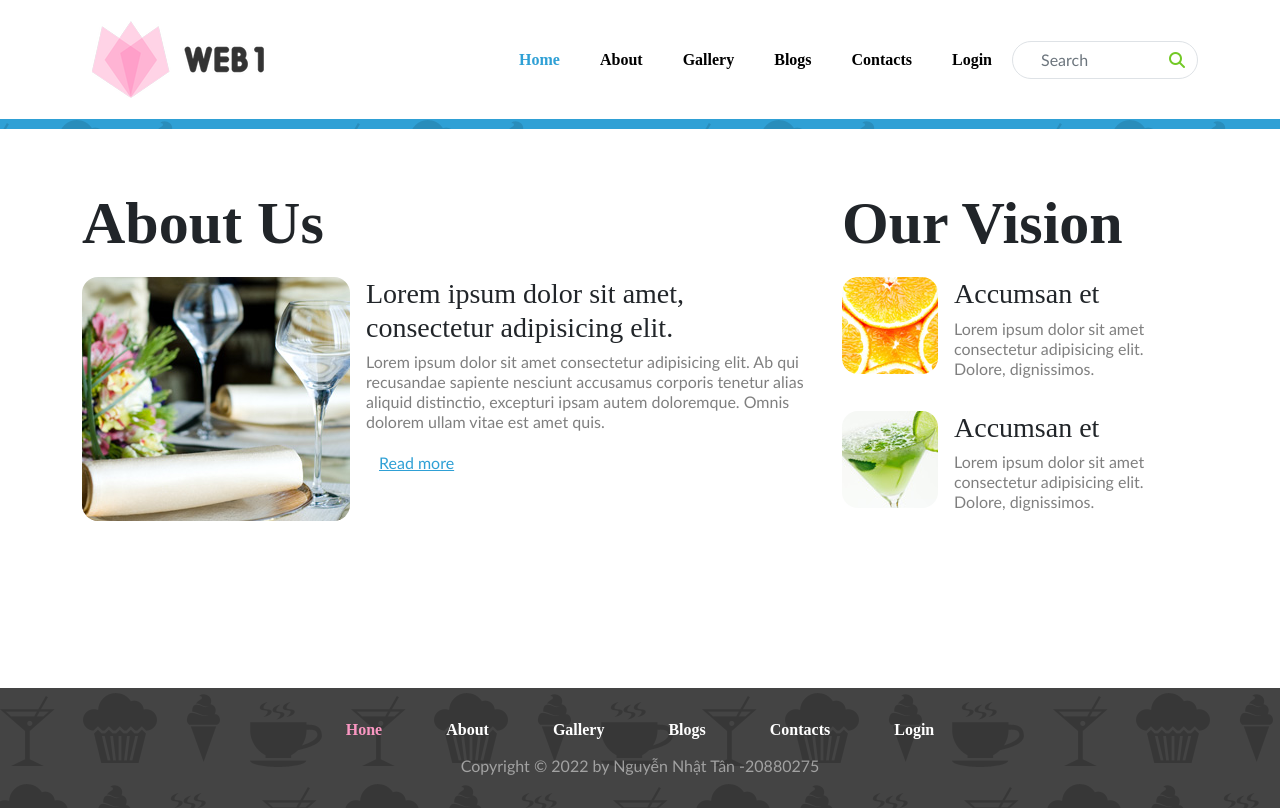
Repository: carembanhkem/web1-20880275
Page: about.html
An editor plug-in stored every save of this project. The page is shown before and after a run of saves, followed by the edit.
The browser window is 1280 px wide. The pictures show the whole page.
Some web fonts or font styles are not loaded; a fallback is used. Some web libraries are served in a nearby version.

Above is the page before, as saved 2023-02-06 11:29:20.
Console error: ReferenceError: bootstrap is not defined

After the next 2 saves:
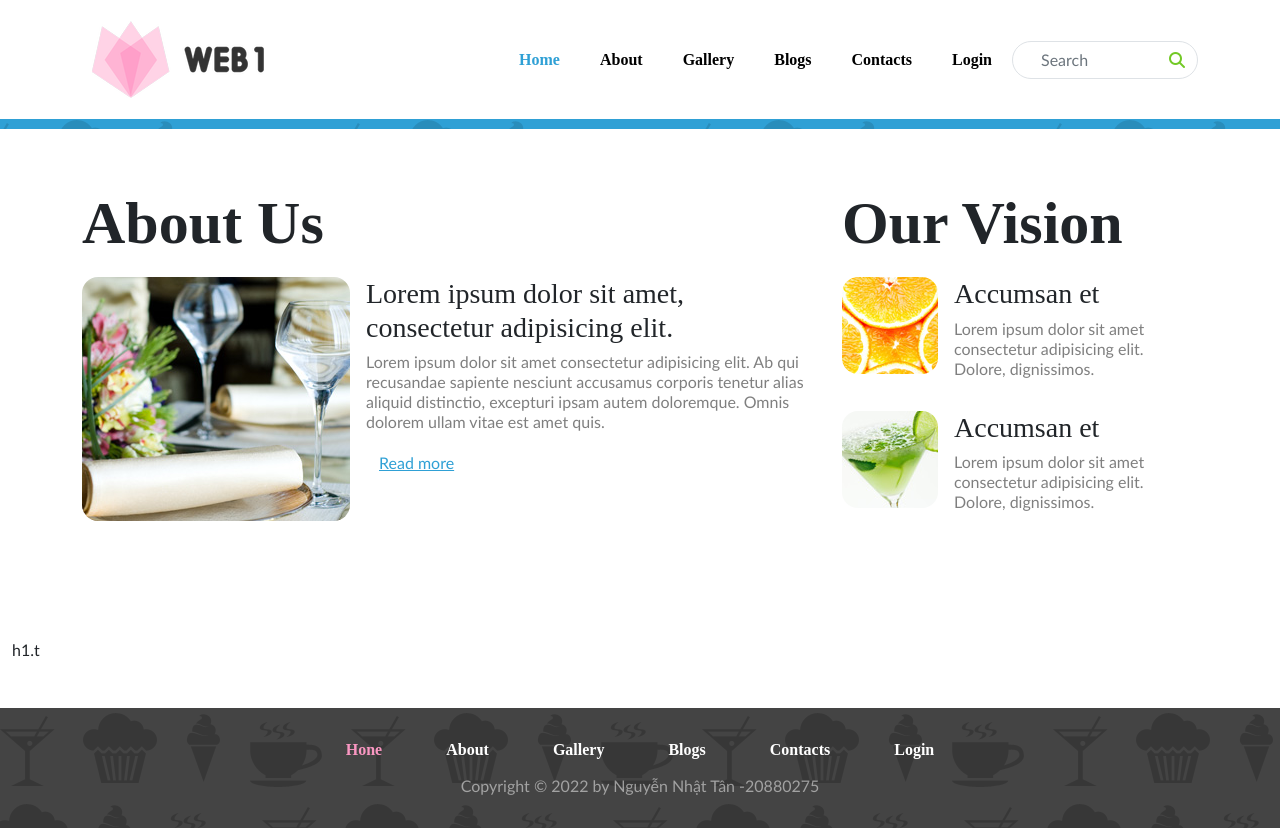
The 2 saves are shown as one change because they came seconds apart.
The last was saved 7 s later.
--- a/about.html
+++ b/about.html
@@ -89,7 +89,7 @@
     </section>
     <!-- Testimonials-->
     <section class="container-fluid py-5" id="testimonials">
-
+        h1.t
     </section>
 
     <!-- Footer -->
